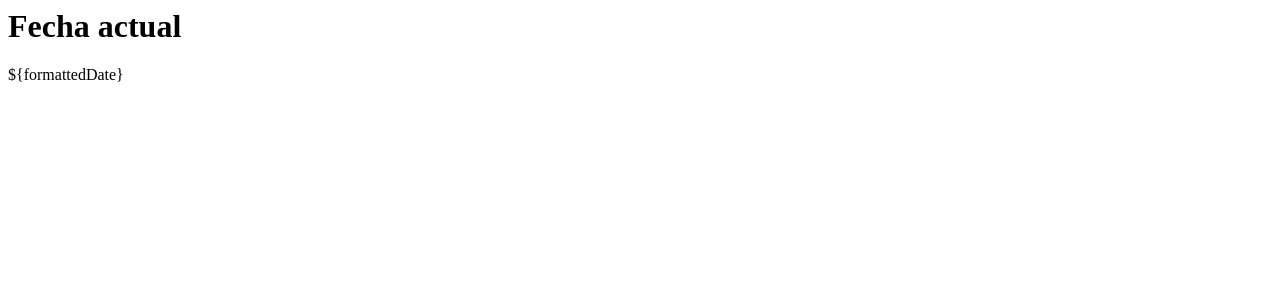
Repository: Clarkbas/Coding-Dojo-Java
Page: mostrarFecha/src/main/resources/static/date.html
These files come from the project's save history. The page is drawn as it stood at one moment and after the next save; the edit follows.
The browser window is 1280 px wide. The pictures show the whole page.

Above is the page before, as saved 2023-07-12 23:21:41.

After the next save:
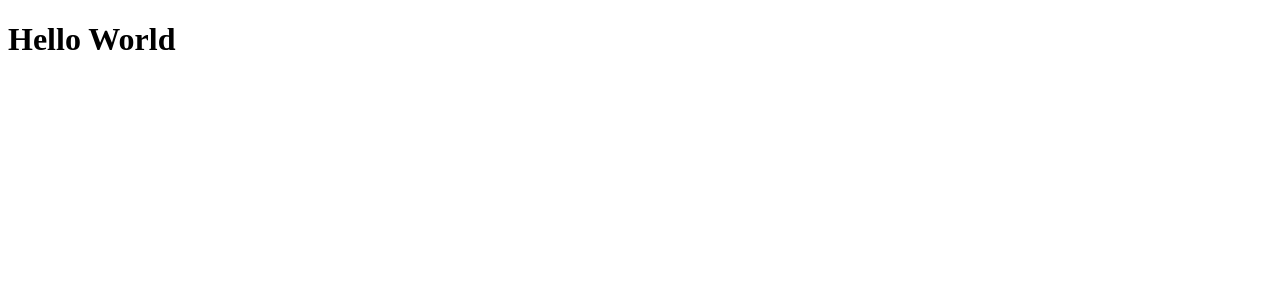
Saved 2 s later.
--- a/mostrarFecha/src/main/resources/static/date.html
+++ b/mostrarFecha/src/main/resources/static/date.html
@@ -1,9 +1,11 @@
+<!DOCTYPE html>
 <html>
 <head>
-    <title>Fecha actual</title>
+        <title></title>
+        <link rel="stylesheet" type="text/css" href="css/style.css">
+        <script type="text/javascript" src="js/app.js"></script>
 </head>
 <body>
-    <h1>Fecha actual</h1>
-    <p>${formattedDate}</p>
+        <h1>Hello World</h1>
 </body>
 </html>
